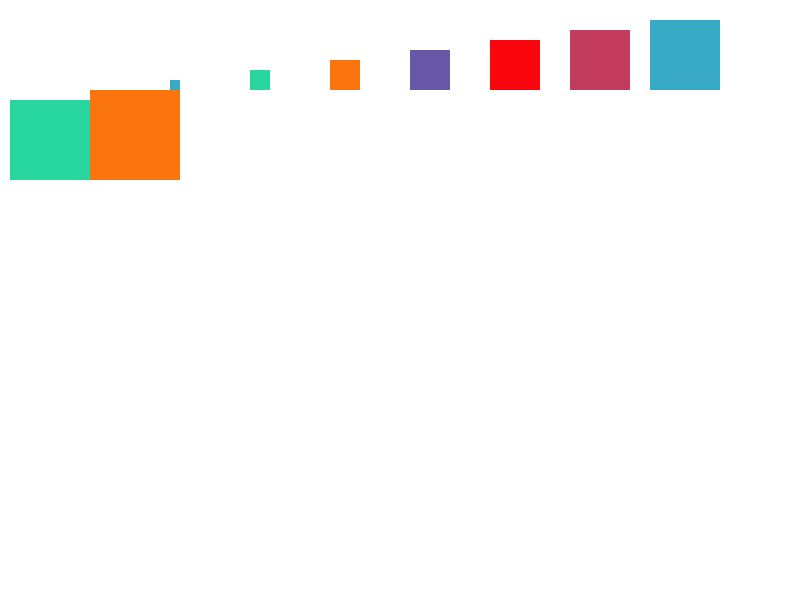
Repository: fredoluzjr/Java-Udemy
Program's window: java Workspace/exercicios-javafx/src/layout/AppLayout.java
The author's editor kept a copy of each file at every save. The program's window is drawn from the files as they stood at one save, then again after the next save.
It runs on Java 21 on a 1366 x 768 screen with JavaFX 11; the title bar is not drawn.

Above is the program's window before, as saved 2021-07-08 23:57:01.

After the next save:
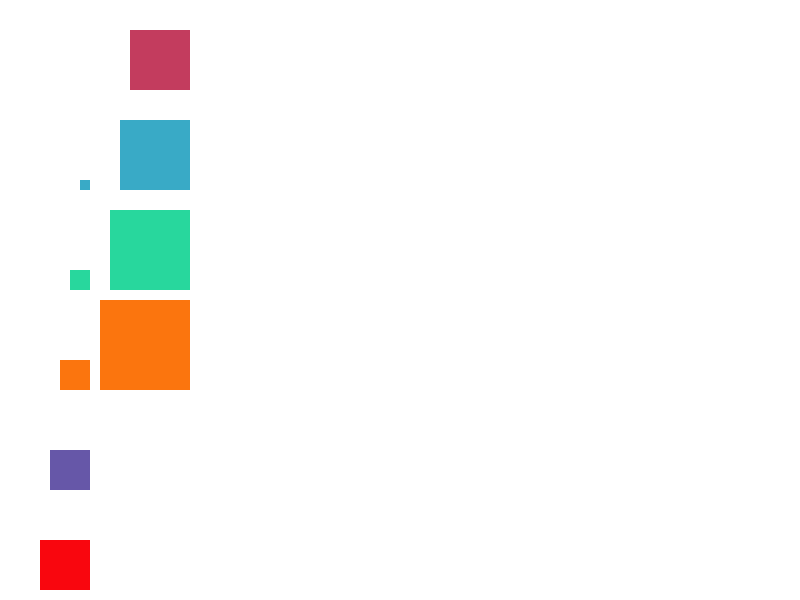
Saved 48 s later.
--- a/Workspace/exercicios-javafx/src/layout/TesteTilePane.java
+++ b/Workspace/exercicios-javafx/src/layout/TesteTilePane.java
@@ -3,6 +3,7 @@
 import java.util.ArrayList;
 import java.util.List;
 
+import javafx.geometry.Orientation;
 import javafx.geometry.Pos;
 import javafx.scene.layout.TilePane;
 
@@ -16,6 +17,10 @@
 			quadrados.add(new Quadrado(i * 10));
 		}
 
+		setVgap(10);
+		setHgap(10);
+
+		setOrientation(Orientation.VERTICAL);
 		setTileAlignment(Pos.BOTTOM_RIGHT);
 
 		getChildren().addAll(quadrados);
